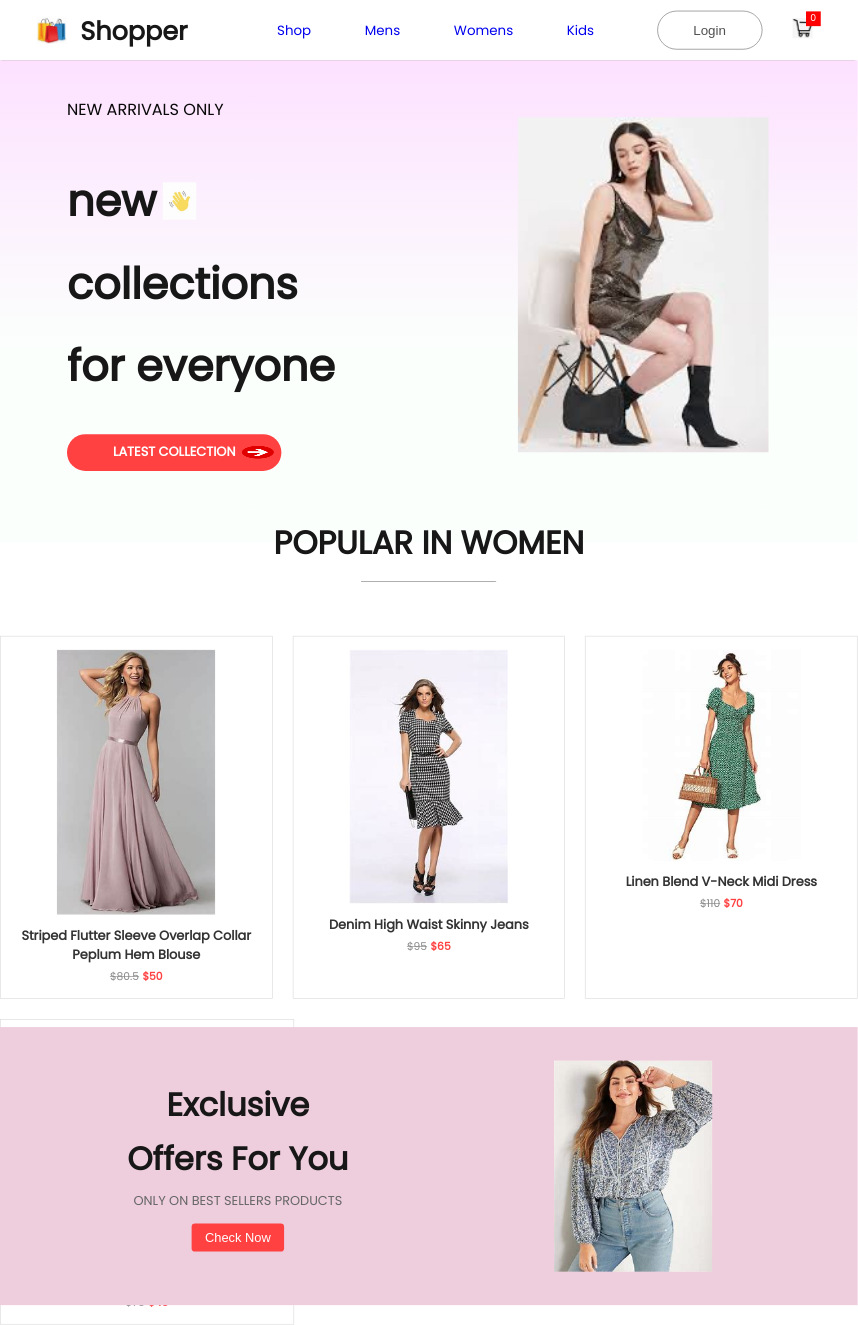
Repository: sshaiv/Shoppie_EcommerceAPP
Page: /
These files come from the project's save history. The page is drawn as it stood at one moment and after the next save; the edit follows.
The browser window is 1280 px wide. The pictures show the whole page, at 67% of full size.
The project was rebuilt for these pictures with package versions that can differ from the ones it lists, and the page was loaded fresh each time. Also part of the build but not shown: src/App.css, src/Components/Pages/ShopCategory.jsx, src/Components/Pages/Product.jsx, src/Components/Pages/Cart.jsx, src/Components/Pages/LoginSignup.jsx.

Above is the page before, as saved 2024-07-16 18:43:48.

### public/index.html
<!DOCTYPE html>
<html lang="en">
  <head>
    <meta charset="utf-8" />
    <link rel="icon" href="%PUBLIC_URL%/favicon.ico" />
    <meta name="viewport" content="width=device-width, initial-scale=1" />
    <meta name="theme-color" content="#000000" />
    <meta
      name="description"
      content="Web site created using create-react-app"
    />
    <link rel="apple-touch-icon" href="%PUBLIC_URL%/logo192.png" />
    <!--
      manifest.json provides metadata used when your web app is installed on a
      user's mobile device or desktop. See https://developers.google.com/web/fundamentals/web-app-manifest/
    -->
    <link rel="manifest" href="%PUBLIC_URL%/manifest.json" />
    <!--
      Notice the use of %PUBLIC_URL% in the tags above.
      It will be replaced with the URL of the `public` folder during the build.
      Only files inside the `public` folder can be referenced from the HTML.

      Unlike "/favicon.ico" or "favicon.ico", "%PUBLIC_URL%/favicon.ico" will
      work correctly both with client-side routing and a non-root public URL.
      Learn how to configure a non-root public URL by running `npm run build`.
    -->
    <link rel="preconnect" href="https://fonts.googleapis.com">
    <link rel="preconnect" href="https://fonts.gstatic.com" crossorigin>
    <link href="https://fonts.googleapis.com/css2?family=Poppins&display=swap" rel="stylesheet">
    <title>E-Commerce</title>
  </head>
  <body>
    <noscript>You need to enable JavaScript to run this app.</noscript>
    <div id="root"></div>
    <!--
      This HTML file is a template.
      If you open it directly in the browser, you will see an empty page.

      You can add webfonts, meta tags, or analytics to this file.
      The build step will place the bundled scripts into the <body> tag.

      To begin the development, run `npm start` or `yarn start`.
      To create a production bundle, use `npm run build` or `yarn build`.
    -->
  </body>
</html>

### src/index.css
*{
  margin: 0;
}

body {
  margin: 0;
  font-family: -apple-system, BlinkMacSystemFont, 'Segoe UI', 'Roboto', 'Oxygen',
    'Ubuntu', 'Cantarell', 'Fira Sans', 'Droid Sans', 'Helvetica Neue',
    sans-serif;
  -webkit-font-smoothing: antialiased;
  -moz-osx-font-smoothing: grayscale;

 font-family:'Poppins';

}

code {
  font-family: source-code-pro, Menlo, Monaco, Consolas, 'Courier New',
    monospace;
}

### src/App.js
import React from 'react';
import './App.css';
import Navbar from './Components/Navbar/Navbar';
import { BrowserRouter, Routes, Route } from 'react-router-dom';
import ShopCategory from './Components/Pages/ShopCategory';
import Product from './Components/Pages/Product';
import Cart from './Components/Pages/Cart';
import LoginSignup from './Components/Pages/LoginSignup';
import Shop from './Components/Pages/Shop';

const App = () => {
  return (
    <div>
      <BrowserRouter>
        <Navbar />
        <Routes>
          <Route path='/' element={<Shop />} />
          <Route path='/mens' element={<ShopCategory category='mens' />} />
          <Route path='/womens' element={<ShopCategory category='women' />} />
          <Route path='/kids' element={<ShopCategory category='kids' />} />
          <Route path='/product' element={<Product />} />
          <Route path='/product/:productID' element={<Product />} />
          <Route path='/cart' element={<Cart />} />
          <Route path='/login' element={<LoginSignup />} />
        </Routes>
      </BrowserRouter>
    </div>
  );
}

export default App;

### src/Components/Navbar/Navbar.jsx
import React, { useState } from 'react'
import './Navbar.css'
import logo from '../Assets/logo.png'
import cart_icon from '../Assets/cart_icon.png'
import { Link } from 'react-router-dom'

const Navbar = () => {
const [menu,setMenu]=useState("shop");

  return (
    <div>
      <div className='navbar'>
        <div className='nav-logo'>
          <img src={logo} alt="Logo" />
          <p>Shopper</p>
        </div>
        <ul className='nav-menu'>
            <li onClick={()=>{setMenu("shop")}}><Link style={{textDecoration:'none'}} to='/'>Shop </Link>{menu==="shop"? <hr/> :<></>}   </li>
            <li onClick={()=>{setMenu("mens")}}><Link style={{textDecoration:'none'}}  to='/mens'>Mens</Link> {menu==="shop"? <hr/> :<></>} </li>
            <li onClick={()=>{setMenu("womens")}}><Link style={{textDecoration:'none'}}  to='/womens'>Womens </Link> {menu==="shop"? <hr/> :<></>} </li>
            <li onClick={()=>{setMenu("kids")}}><Link style={{textDecoration:'none'}}  to='/kids'>Kids</Link> {menu==="shop"? <hr/> :<></>} </li>
        </ul>

        <div className="nav-login-cart">
          <Link to='/login'>  <button>Login</button></Link>
       <Link to='/cart'>   <img src={cart_icon} alt="" /></Link>
      <div className="nav-cart-count">0</div>
        </div>
      </div>
    </div>
  )
}

export default Navbar

### src/Components/Pages/Shop.jsx
import React from 'react';
import Hero from '../Hero/Hero';
import Popular from '../Popular/Popular';
import Offers from '../Offers/Offers';


const Shop = () => {
  return (
    <div>
      <Hero/>
      <Popular/>
      <Offers/>
    </div>
  );
}

export default Shop;

### src/Components/Navbar/Navbar.css
.navbar{
    display: flex;
    justify-content: space-around;
    padding: 16px;
    box-shadow:0 1px 3px -2px black ;

}
.nav-logo{
    display:flex;
    align-items: center;
    gap: 10px;
}

.nav-logo p{
    color: #171717;
    font-size: 38px;
    font-weight: 600;
}
.nav-menu{
    display:flex;
    align-items:center;
    list-style: none;
    gap: 50px;
    color:#626262;
    font-size: 20px;
    font-weight: 500;

}


  .nav-logo img {
    height: 40px;
    margin-right: 10px;
  }



  .nav-menu li {
    margin: 0 15px;
    position: relative;
    cursor: pointer;
  }

  .nav-menu li:hover hr {
    display: block;
  }

  .nav-menu hr {
    display: none;
    width: 80%;
    height: 3px;
    border-radius: 10px;
    background-color:red;

  }

  .nav-login-cart {
    display: flex;
    align-items: center;
    gap: 45px;
  }

  .nav-login-cart button {
    width: 157px;
    height: 58px;
    outline: none;
    border: 1px solid #7a7a7a;
    border-radius: 75px;
    color:#515151;
    font-size: 20px;
    font-weight: 500;
    background: white;
    cursor: pointer;
  }

  .nav-login-cart button:active{
    background:#f3f3f3;
  }
  .nav-login-cart img {
    height: 30px;
    cursor: pointer;
  }
  .nav-cart-count{
    width: 22px;
    height: 22px;
    display: flex;
    justify-content: center;
    align-items:center;
    margin-top: -35px;
    margin-left: -55px;
    border: radius 11px;
    font-size: 14px;
    background-color:red;
    color:white;
  }

  @media (max-width: 768px) {
    .navbar {
      flex-direction: column;
      align-items: center;
    }

    .nav-logo p {
      font-size: 20px;
    }

    .nav-menu {
      flex-direction: column;
      align-items: center;
      gap: 10px;
    }

    .nav-menu li {
      margin: 10px 0;
    }

    .nav-login-cart {
      flex-direction: column;
      align-items: center;
      gap: 10px;
    }
  }

### src/Components/Hero/Hero.jsx
import React from "react";
import "./Hero.css";
import hand_icon from "../Assets/hand_icon.png";
import arrow_icon from "../Assets/arrow_icon.png";
import hero_imae from '../Assets/hero_imae.png';

const Hero = () => {
  return (
    <div className="hero">
      <div className="hero-left">
        <h2>NEW ARRIVALS ONLY</h2>
        <div className="hero-hand-icon">
          <p>new</p>
          <img src={hand_icon} alt="hand icon" />
        </div>
        <p>collections</p>
        <p>for everyone</p>
        <div className="hero-latest-btn">
          <div>Latest Collection</div>
          <img src={arrow_icon} alt="arrow icon" />
        </div>
      </div>
      <div className="hero-right">
        <img src={hero_imae} alt="hero" />
      </div>
    </div>
  );
};

export default Hero;

### src/Components/Popular/Popular.jsx
import React from 'react';
import './Popular.css';
import data_product from '../Assets/data';
// import Item from '../Item/Item';

const Popular = () => {
  return (
    <div className='popular'>
      <h1>POPULAR IN WOMEN</h1>
      <hr />
      <div className="popular-item">
        {data_product.map((item, i) => (
          <div className="item" key={i}>
            <img src={item.image} alt={item.name} />
            <div className="name">{item.name}</div>
            <div className="price">
              <span className="old-price">${item.old_price}</span>
              <span className="new-price">${item.new_price}</span>
            </div>
          </div>
        ))}
      </div>
    </div>
  );
}

export default Popular;

### src/Components/Offers/Offers.jsx
import React from 'react'
import './Offers.css'
import exclusive_image from '../Assets/exclusive_image.png'

const Offers = () => {
  return (
    <div className='offers'>
      <div className="offers-left">
        <h1>Exclusive</h1>
        <h1>Offers For You</h1>
        <p>ONLY ON BEST SELLERS PRODUCTS </p>
        <button>Check Now</button>
      </div>
      <div className="offers-right">
        <img src={exclusive_image} alt="" />
      </div>
    </div>
  )
}

export default Offers

### src/Components/Hero/Hero.css
.hero {
    height: 100vh;
    background: linear-gradient(180deg, #fde1ff, #e1ffea22 60%);
    display: flex;
    justify-content: space-between;
    align-items: center;
    padding: 0 50px;
    box-sizing: border-box;
  }

  .hero-left {
    flex: 1;
    display: flex;
    flex-direction: column;
    justify-content: center;
    gap: 20px;
    padding-left: 50px;
    line-height: 1.3;
  }

  .hero-left h2 {
    color: #090909;
    font-size: 1.5rem;
    font-weight: 500;
    position: relative;
    bottom: 50px;
  }

  .hero-left p {
    color: #171717;
    font-size: 4rem;
    font-weight: 700;
    margin: 10px 0;
  }

  .hero-hand-icon {
    display: flex;
    align-items: center;
    gap: 10px;
    font-size: 1.5rem;
    font-weight: 500;
    color: #ff4141;
  }

  .hero-hand-icon img {
    width: 50px;
  }
  .hero-latest-btn {
    width: 260px;
    display: flex;
    justify-content: center;
    align-items: center;
    gap: 10px;
    padding: 15px 30px;
    border-radius: 50px;
    margin-top: 30px;
    background: #ff4141;
    color: white;
    font-size: 1.2rem;
    font-weight: 600;
    text-transform: uppercase;
    transition: background 0.3s ease, transform 0.3s ease;
    cursor: pointer;
    position: relative;
    /* Add position relative to the parent */
  }

  .hero-latest-btn img {
    height: 20px;
    width: 50px;
    position: absolute; /* Position the image absolutely */
    right: 10px; /* Adjust right position as needed */
  }

  .hero-latest-btn:hover {
    background: #e63939;
    transform: scale(1.05);
  }


  .hero-right {
    flex: 1;
    display: flex;
    justify-content: center;
    align-items: center;
    padding-right: 50px;
  }

  .hero-right img {
    max-width: 100%;
    height: 500px;
   position: relative;
   left: 50px;
   bottom: 25px;

  }

### src/Components/Popular/Popular.css
.popular {
    height: 90vh;
    display: flex;
    flex-direction: column;
    align-items: center;
    gap: 10px;
    position: relative;
    bottom: 35px;
  }

  .popular h1 {
    font-size: 3rem; /* Adjusted font size */
    font-weight: 600;
    color: #171717;
    margin-bottom: 10px; /* Added margin for spacing */
  }

  .popular hr {
    width: 200px;
    height: 6px;
    border-radius: 10px;
    background: #252525;
    margin-bottom: 20px; /* Added margin for spacing */
  }

  .popular-item {
    margin-top: 50px;
    display: flex;
    flex-wrap: wrap; /* Allow items to wrap onto new lines */
    justify-content: space-between; /* Distribute items with space between */
    gap: 30px; /* Increased gap between items */
  }

  .popular-item .item {
    border: 1px solid #ddd; /* Example border style for items */
    padding: 20px; /* Example padding for items */
    flex: 1 1 300px; /* Flex basis to control item width */
    max-width: calc(33.33% - 30px); /* Adjust for three items per row */
    text-align: center;
  }

  .popular-item .item img {
    max-width: 100%;
    height: auto;
    margin-bottom: 10px; /* Space below image */
  }

  .popular-item .item .name {
    font-size: 1.2rem; /* Adjusted font size for item name */
    font-weight: bold;
    color: #333;
    margin-bottom: 5px; /* Space below name */
  }

  .popular-item .item .price {
    font-size: 1rem; /* Adjusted font size for prices */
    color: #888;
  }

  .popular-item .item .old-price {
    text-decoration: line-through; /* Strikethrough for old price */
    margin-right: 5px; /* Space between old and new price */
  }

  .popular-item .item .new-price {
    font-weight: bold;
    color: #ff4141;
  }

  @media (max-width: 768px) {
    .popular h1 {
      font-size: 2rem; /* Adjusted font size for smaller screens */
    }

    .popular-item .item {
      max-width: calc(50% - 20px); /* Adjust for two items per row */
    }
  }

### src/Components/Assets/data.js
import p1_img from './product1.png'
import p2_img from './product2.png'
import p3_img from './product3.png'
import p4_img from './product4.png'


let data_product = [
    {
      id: 1,
      name: "Striped Flutter Sleeve Overlap Collar Peplum Hem Blouse",
      image: p1_img,
      new_price: 50.00,
      old_price: 80.50,
    },
    {
      id: 2,
      name: "Denim High Waist Skinny Jeans",
      image: p2_img,
      new_price: 65.00,
      old_price: 95.00,
    },
    {
      id: 3,
      name: "Linen Blend V-Neck Midi Dress",
      image: p3_img,
      new_price: 70.00,
      old_price: 110.00,
    },
    {
      id: 4,
      name: "Leather Crossbody Bag with Tassel Detail",
      image: p4_img,
      new_price: 45.00,
      old_price: 75.00,
    },
  ];


export default data_product;

### src/Components/Offers/Offers.css
.offers {
    display: flex;
    justify-content: space-around;
    align-items: center;
    margin: 50px 0;
    position: relative;
    top: 25px;
    background-color: rgb(238, 205, 221);
    padding: 50px;
  }

  .offers-left {
    flex: 1;
    padding: 0 20px;
    text-align: center;
  }

  .offers-left h1 {
    font-size: 3rem;
    font-weight: bold;
    color: #171717;
    margin-bottom: 10px;
  }

  .offers-left p {
    color: #666;
    font-size: 1.2rem;
    margin-bottom: 20px;
  }

  .offers-left button {
    padding: 10px 20px;
    background-color: #ff4141;
    color: white;
    border: none;
    border-radius: 5px;
    font-size: 1.2rem;
    cursor: pointer;
    transition: background-color 0.3s ease;
  }

  .offers-left button:hover {
    background-color: #e63939;
  }

  .offers-right {
    flex: 1;
    display: flex;
    justify-content: center;
  }

  .offers-right img {
    max-width: 100%;
    height: auto;
  }

Loaded but not shown: src/index.js (common file); src/reportWebVitals.js (common file)

After the next save:
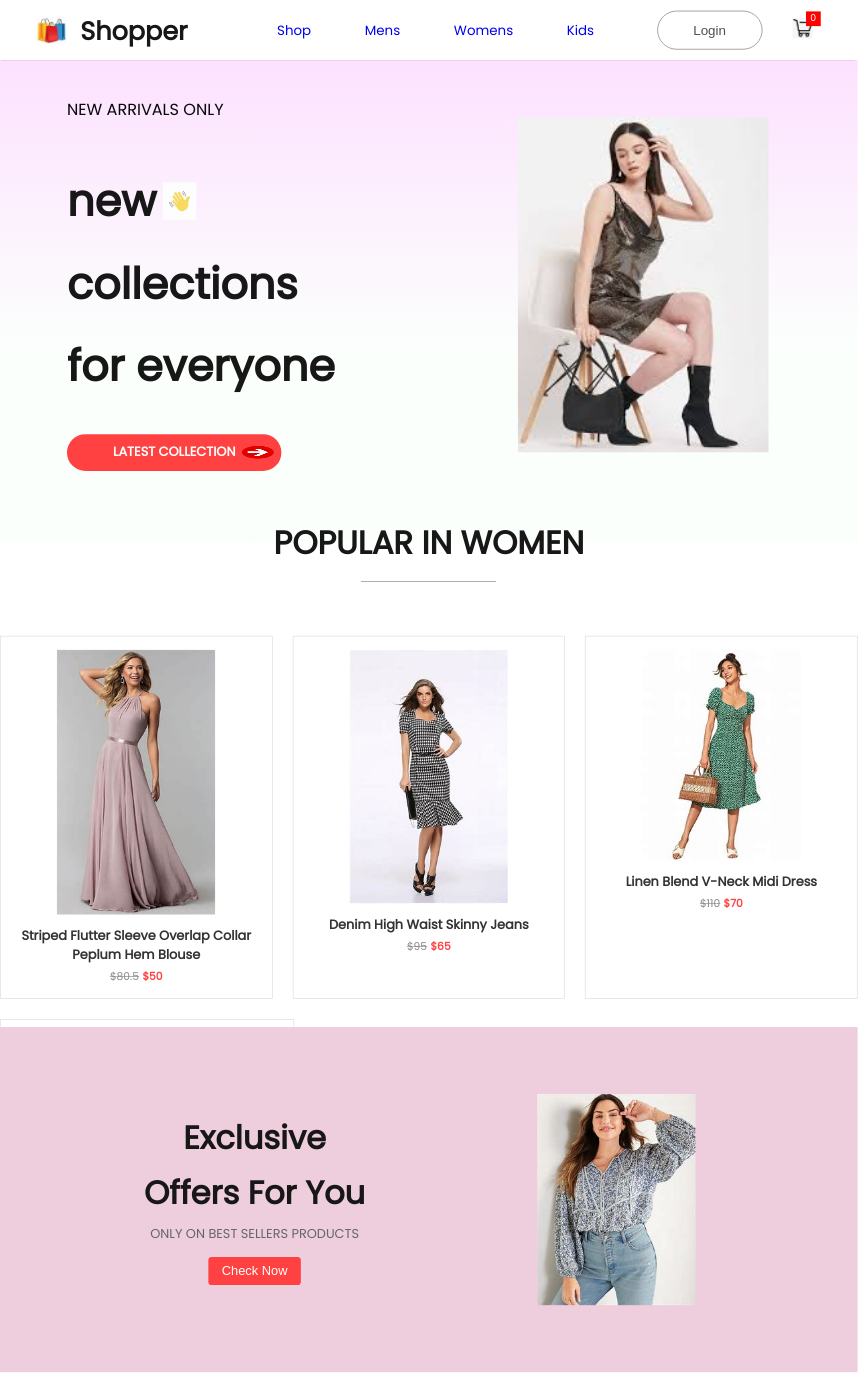
Saved 8 s later.
--- a/src/Components/Offers/Offers.css
+++ b/src/Components/Offers/Offers.css
@@ -6,7 +6,7 @@
     position: relative;
     top: 25px;
     background-color: rgb(238, 205, 221);
-    padding: 50px;
+    padding: 100px;
   }
 
   .offers-left {
